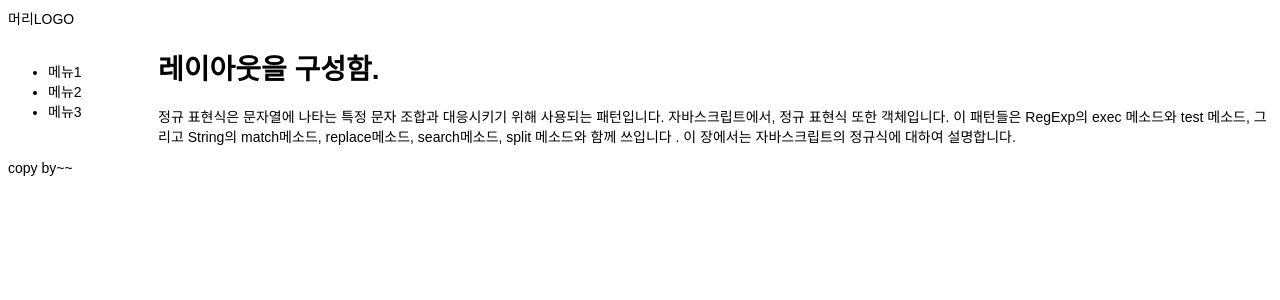
Repository: yoojisoo/YONSAI
Page: http://localhost/teatJava/
An editor plug-in stored every save of this project. The page is shown before and after the next save, followed by the edit.
The browser window is 1280 px wide. The pictures show the whole page.
The page is served by Tomcat 9.

Above is the page before, as saved 2021-08-23 05:22:18.

After the next save:
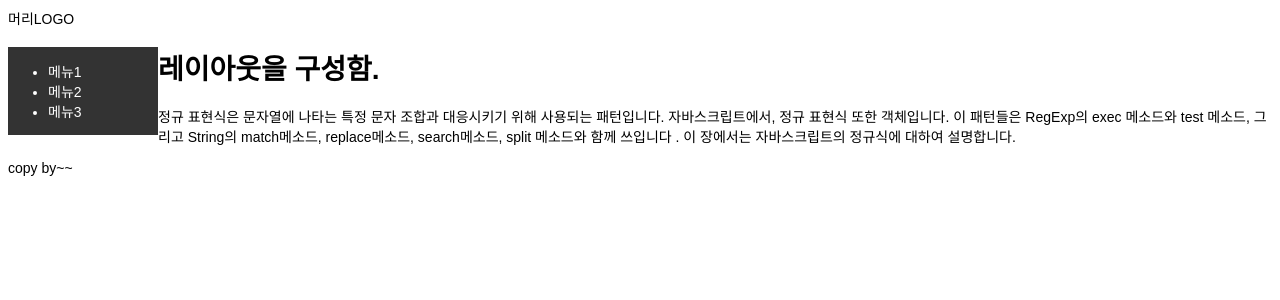
Saved 37 s later.
--- a/jsworkspace/teatJava/src/main/webapp/index.jsp
+++ b/jsworkspace/teatJava/src/main/webapp/index.jsp
@@ -21,6 +21,9 @@
 	.nav{
 		float : left;
 		width : 150px;
+		background: #333;
+		color : #fff;
+		margin-
 
 	}
 
